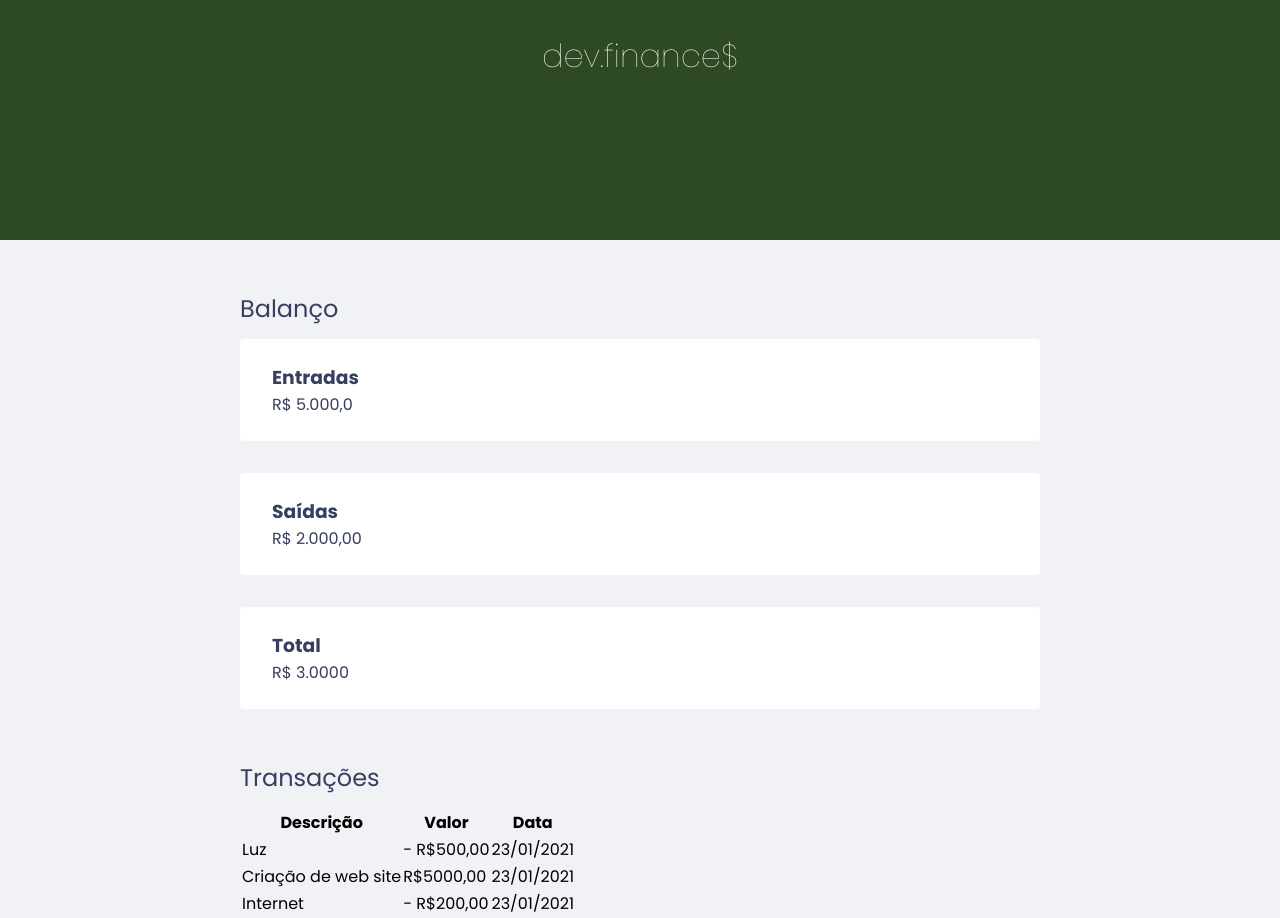
Repository: rafaelmgr12/maratona-dev01
Page: index.html
These files come from the project's save history. The page is drawn as it stood at one moment and after the next save; the edit follows.
The browser window is 1280 px wide. The pictures show the whole page.

Above is the page before, as saved 2021-04-26 20:35:36.

After the next save:
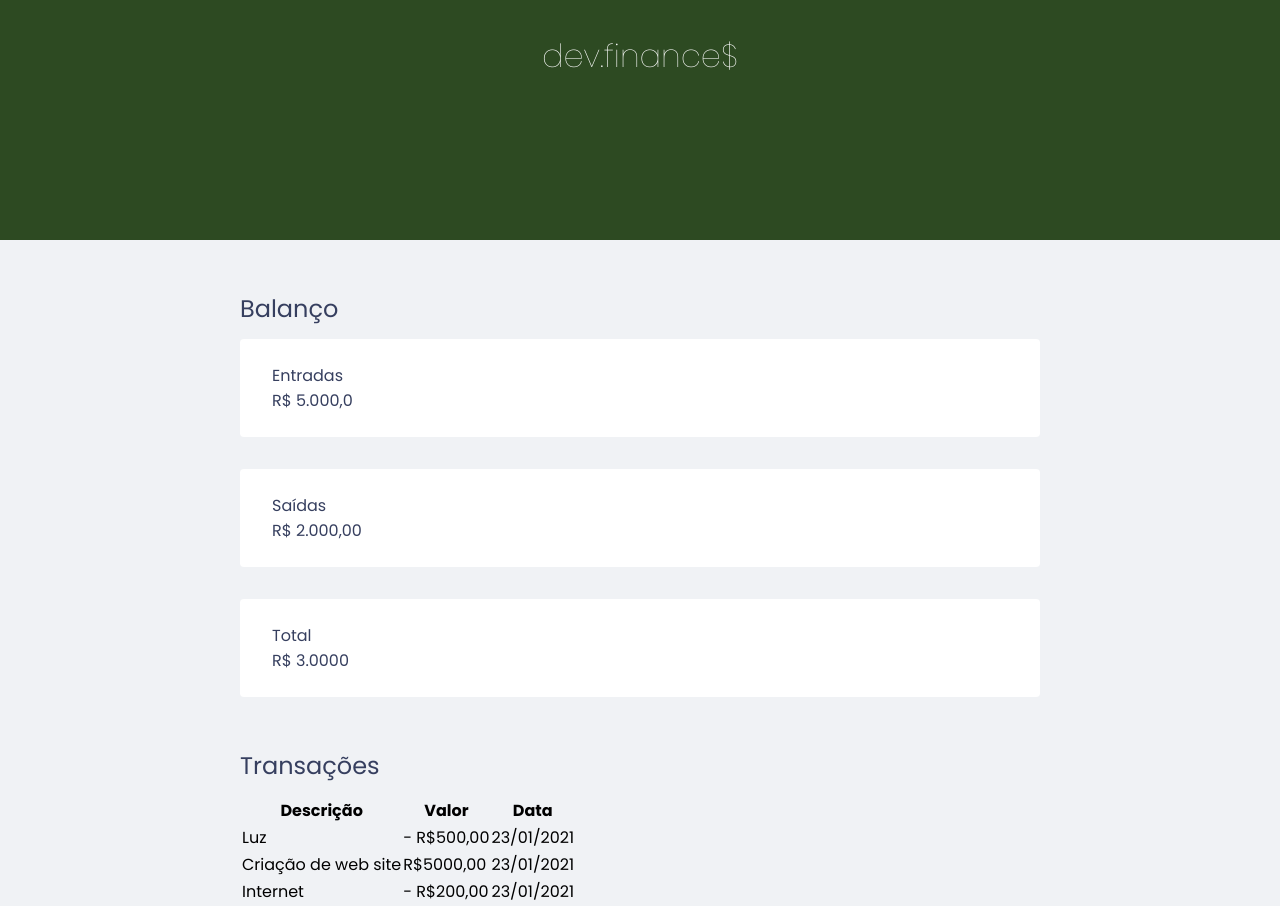
Saved 22 s later.
--- a/style.css
+++ b/style.css
@@ -60,6 +60,8 @@ balance h2 {
 }
 
 .card h3{
+    font-weight: normal;
+    font-size: 1rem;
 
 
 }
